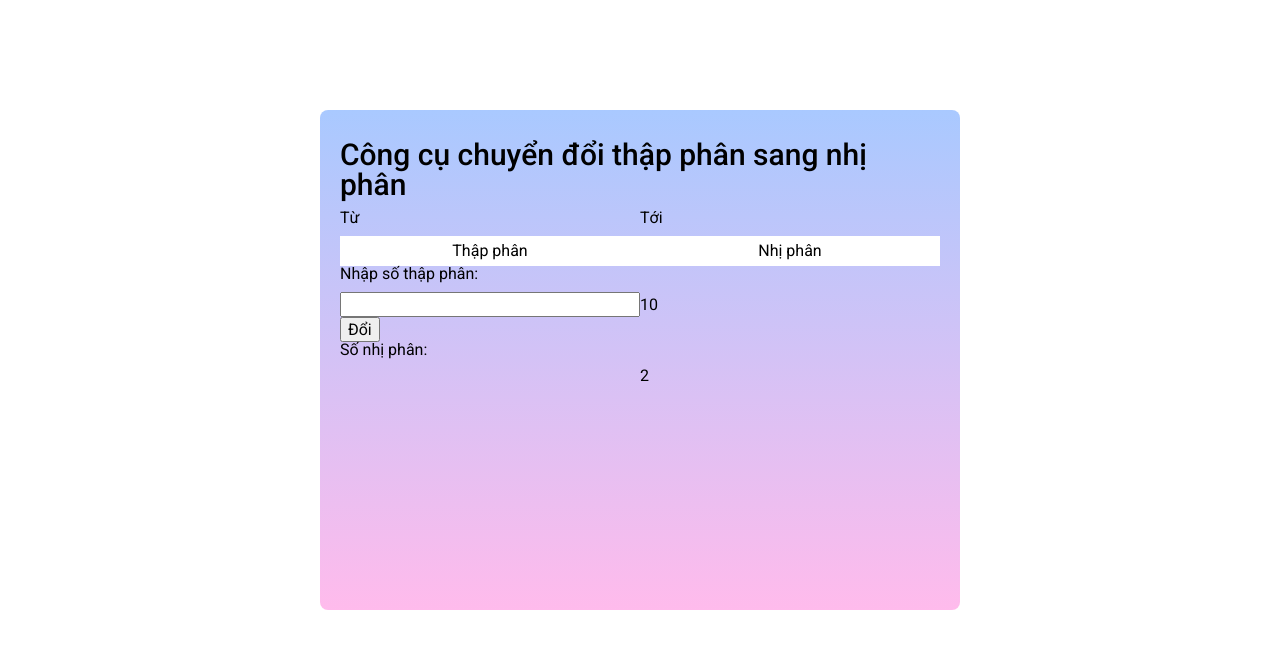
Repository: thuanpham00/covertNumber
Page: index.html
These files come from the project's save history. The page is drawn as it stood at one moment and after a run of saves; the edit follows.
The browser window is 1280 px wide. The pictures show the whole page.
The style sheet was rebuilt from its Sass, Less or Tailwind sources for each picture, by a compiler version that may differ from the author's.

Above is the page before, as saved 2023-11-03 02:09:31.

### index.html
<!DOCTYPE html>
<html lang="en">
    <head>
        <meta charset="UTF-8" />
        <meta name="viewport" content="width=device-width, initial-scale=1.0" />
        <title>Convert Number</title>
        <link rel="stylesheet" href="./assets/css/main.css" />
        <link rel="preconnect" href="https://fonts.googleapis.com" />
        <link rel="preconnect" href="https://fonts.gstatic.com" crossorigin />
        <link
            href="https://fonts.googleapis.com/css2?family=Roboto:wght@400;500;700;900&display=swap"
            rel="stylesheet"
        />
    </head>
    <body>
        <div class="container">
            <h1 class="title">Công cụ chuyển đổi thập phân sang nhị phân</h1>
            <div class="row">
                <span class="row__desc">Từ</span>
                <span class="row__desc">Tới</span>
            </div>
            <div class="row">
                <div class="row__type">
                    <div class="row__item">Thập phân</div>
                </div>
                <div class="row__type">
                    <div class="row__item">Nhị phân</div>
                </div>
            </div>
            <div class="container__wrapper">
                <div class="desc">Nhập số thập phân:</div>
                <form class="form">
                    <div class="row">
                        <input
                            type="text"
                            class="form__input"
                            name="numberInput"
                            required
                        />
                        <span>10</span>
                    </div>
                    <input type="submit" class="form__submit" value="Đổi" />
                </form>

                <div class="desc">Số nhị phân:</div>
                <div class="row">
                    <div class="result"></div>
                    <span>2</span>
                </div>
            </div>
        </div>
    </body>
</html>

### scss/main.scss
html,
body,
div,
span,
applet,
object,
iframe,
h1,
h2,
h3,
h4,
h5,
h6,
p,
blockquote,
pre,
a,
abbr,
acronym,
address,
big,
cite,
code,
del,
dfn,
em,
img,
ins,
kbd,
q,
s,
samp,
small,
strike,
strong,
sub,
sup,
tt,
var,
b,
u,
i,
center,
dl,
dt,
dd,
ol,
ul,
li,
fieldset,
form,
label,
legend,
table,
caption,
tbody,
tfoot,
thead,
tr,
th,
td,
article,
aside,
canvas,
details,
embed,
figure,
figcaption,
footer,
header,
hgroup,
menu,
nav,
output,
ruby,
section,
summary,
time,
mark,
audio,
video {
    margin: 0;
    padding: 0;
    border: 0;
    font-size: 100%;
    font: inherit;
    vertical-align: baseline;
}
/* HTML5 display-role reset for older browsers */
article,
aside,
details,
figcaption,
figure,
footer,
header,
hgroup,
menu,
nav,
section {
    display: block;
}
body {
    line-height: 1;
}
ol,
ul {
    list-style: none;
}
blockquote,
q {
    quotes: none;
}
blockquote:before,
blockquote:after,
q:before,
q:after {
    content: "";
    content: none;
}
table {
    border-collapse: collapse;
    border-spacing: 0;
}

*,
::after,
::before {
    box-sizing: border-box;
}

html {
    font-size: 62.5%;
}

body {
    background: #fff;
    font-size: 1.6rem;
    font-family: "Roboto", sans-serif;
}

input,
select,
textarea,
button {
    font-size: inherit;
    font-family: inherit;
}

.container {
    background-color: #a9c9ff;
    background-image: linear-gradient(180deg, #a9c9ff 0%, #ffbbec 100%);

    border-radius: 8px;
    padding: 10px 20px;
    height: 500px;
    position: absolute;
    top: 50%;
    left: 50%;
    transform: translate(-50%, -50%);

    .title {
        margin-top: 20px;
        font-size: 3rem;
        font-weight: 500;
    }

    .row {
        margin-top: 10px;
        display: grid;
        align-items: center;
        grid-template-columns: 1fr 1fr;

        .row__type {
            display: flex;
            align-items: center;
            justify-content: center;
            height: 30px;
            width: 100%;
            background: #fff;
        }
    }
}

After the next 2 saves:
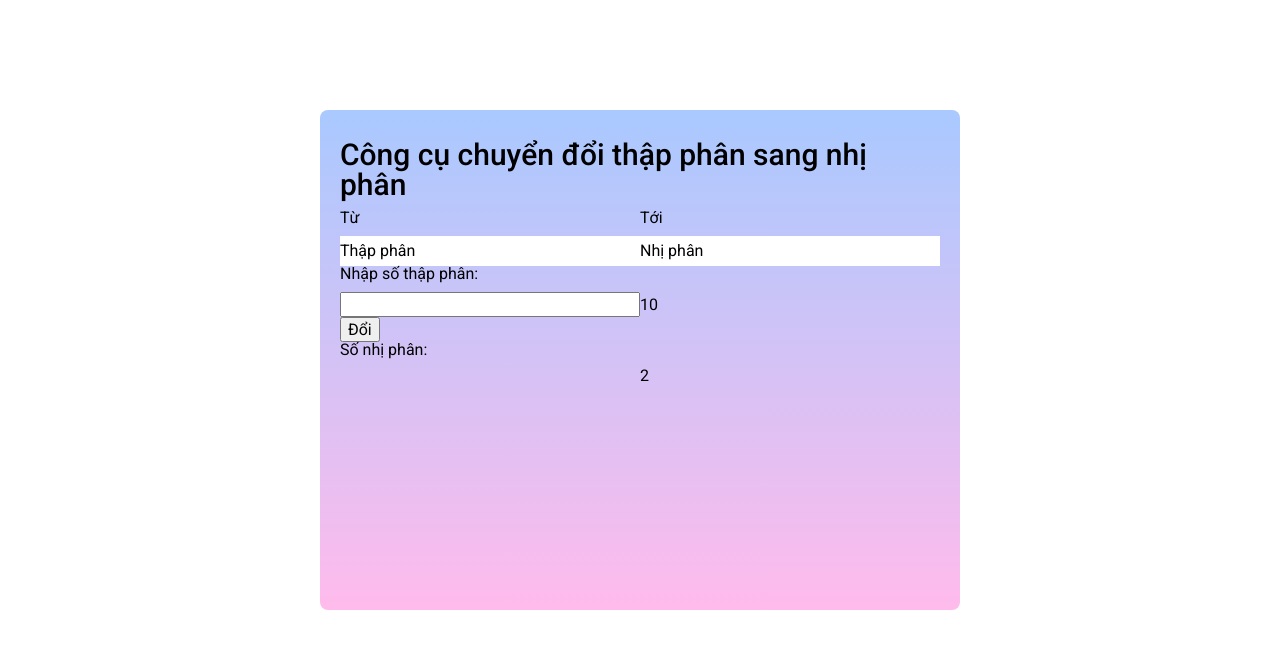
The 2 saves are shown as one change because they came seconds apart.
The last was saved 10 s later.
--- a/scss/main.scss
+++ b/scss/main.scss
@@ -174,7 +174,6 @@ button {
         .row__type {
             display: flex;
             align-items: center;
-            justify-content: center;
             height: 30px;
             width: 100%;
             background: #fff;
